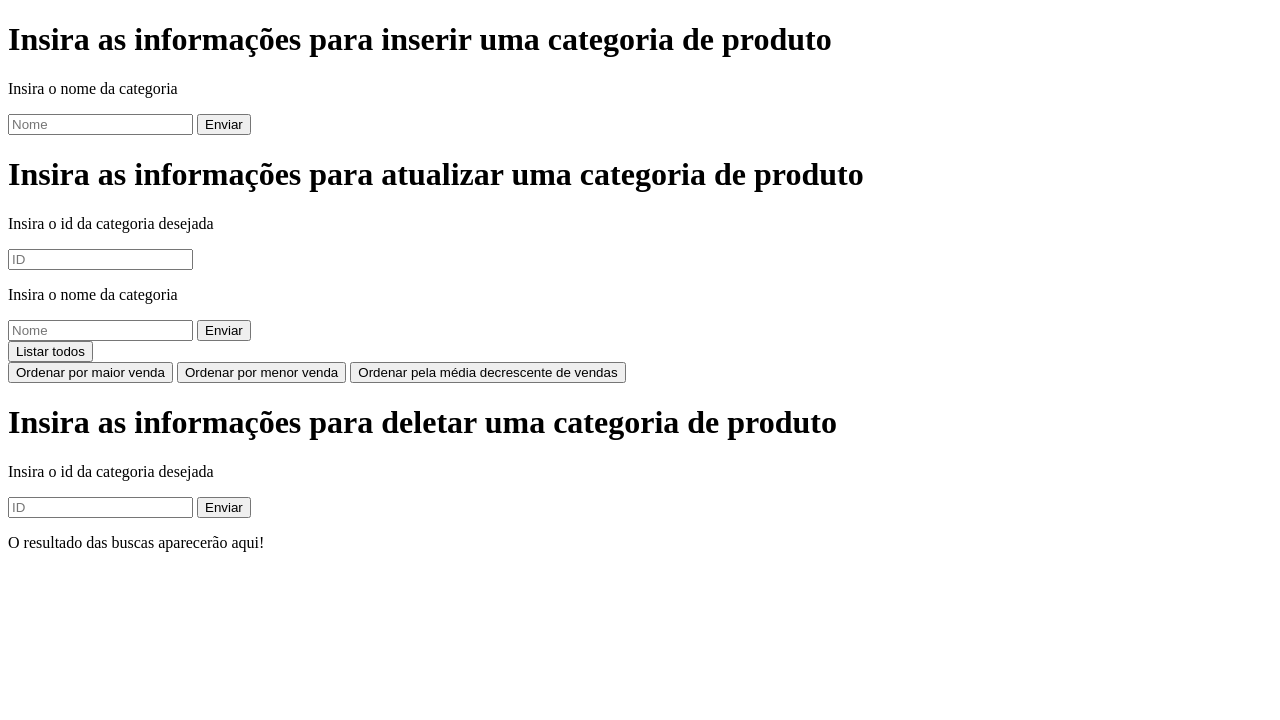
Repository: Matheus-Lacerda009/ERP-Financeiro
Page: Front/categoria_item/categoria_item.html
These files come from the project's save history. The page is drawn as it stood at one moment and after the next save; the edit follows.
The browser window is 1280 px wide. The pictures show the whole page.

Above is the page before, as saved 2026-07-13 19:44:09.

After the next save:
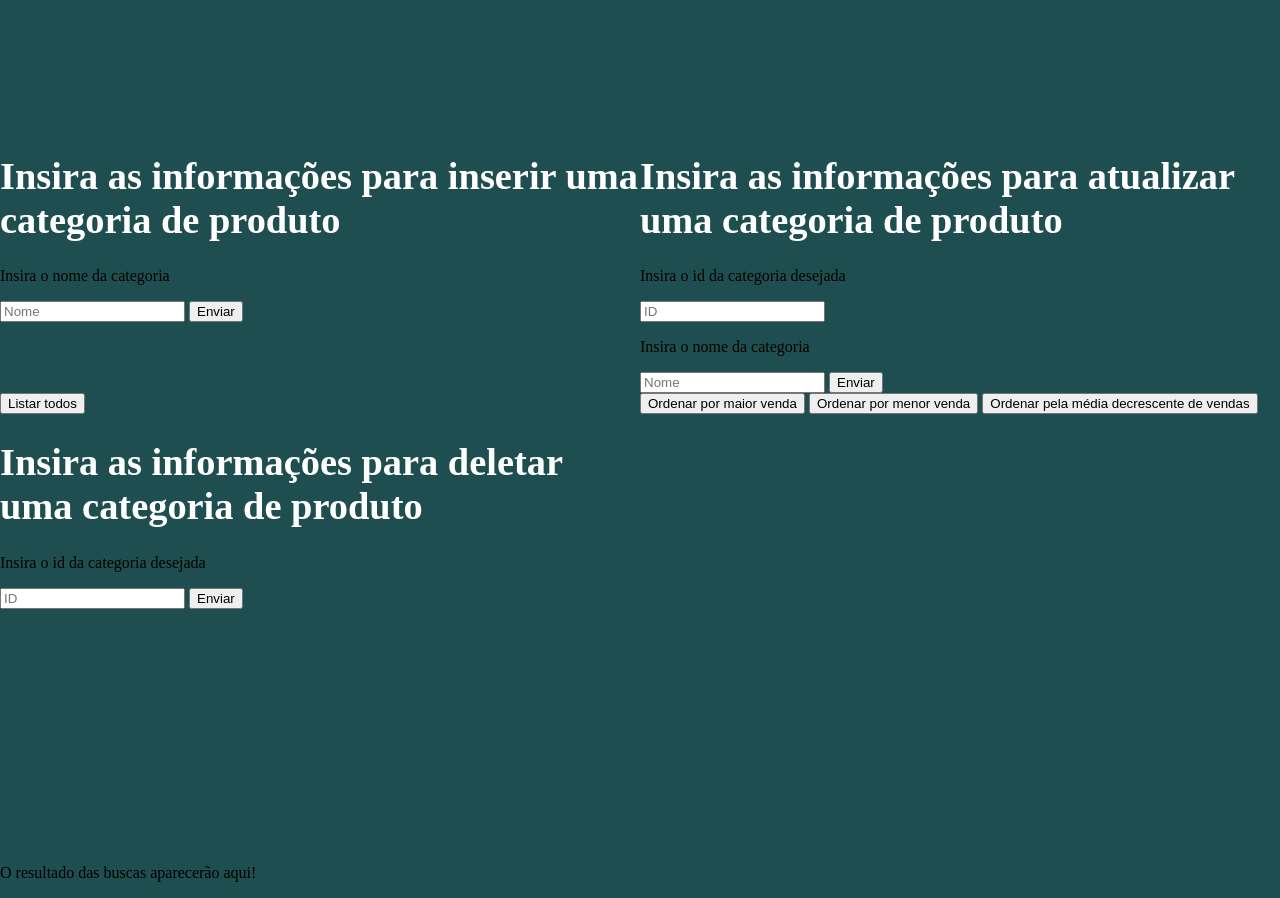
Saved 8 s later.
--- a/Front/categoria_item/categoria_item.css
+++ b/Front/categoria_item/categoria_item.css
@@ -1,4 +1,89 @@
+header{
+    position: fixed;
+    top: 0;
+    left: 0;
+    width: 100%;
+    height: 20%;
+    background-color: #12263af3;
+    z-index: 1;
+    text-align: center;
+    align-content: center;
+}
 
+footer{
+    position: fixed;
+    bottom: 0;
+    left: 0;
+    width: 100%;
+    height: 10%;
+    background-color: #12263af3;
+    text-align: center;
+    align-content: center;
+}
+
+#github{
+    color: white;
+    font-size: 300%;
+    text-decoration-color: white;
+}
+
+header, h1{
+    font-size: 300%;
+    color: white;
+    font-size: 3vw;
+}
+
+header, h2{
+    color: white;
+    font-size: 1.5vw;
+}
+
+body{
+    margin: 0;
+    padding: 0;
+    background-color: #1f4e50;
+}
+
+.container{
+    height: 100vh;
+    width: 100%;
+    margin-top: 10%;
+    box-sizing: border-box;
+    display: grid;
+    grid-template-columns: repeat(2, 7fr);
+    align-content: start;
+}
+
+.divEntidades{
+    height: 75%;
+    width: 75%;
+    text-align: center;
+    padding: 1%;
+    margin: auto;
+    background-color: #C5D8D1;
+    border: 3px solid white;
+    border-radius: 10px;
+    color: black;
+    transition: .5s;
+}
+
+a{
+    text-decoration-color: black;
+    transition: .5s;
+}
+
+a:hover{
+    text-decoration-color: white;
+}
+
+.divEntidades:hover{
+    background-color: #2f7a7c;
+    color: white;
+}
+
+.links{
+    color: black;
+}
 
 /* * {
     margin: 0;
